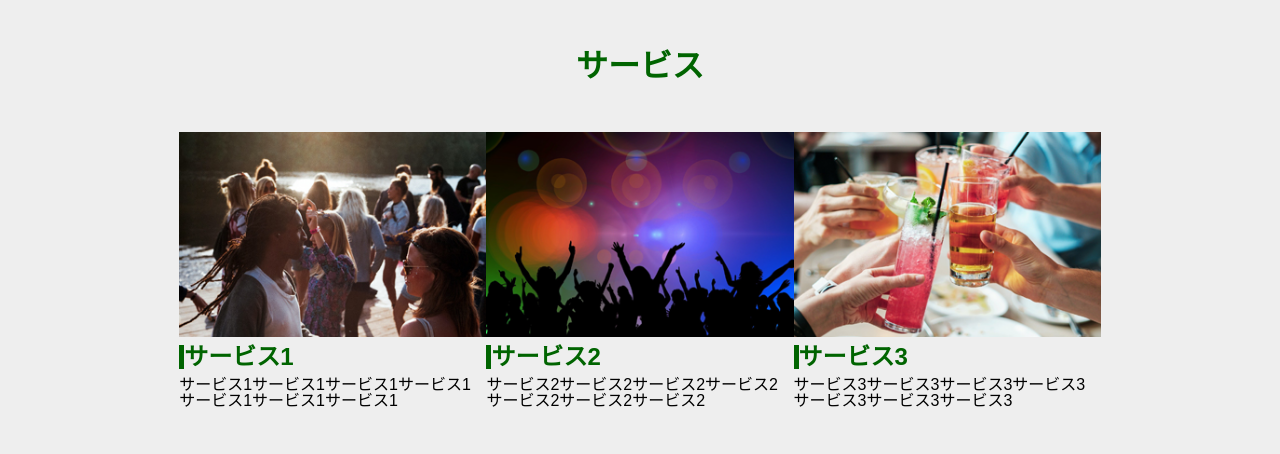
Repository: sonoyama01/dezasuta
Page: 第３回課題/work2/index.html
The author's editor kept a copy of each file at every save. The page is drawn from the files as they stood at one save, then again after the next save.
The browser window is 1280 px wide. The pictures show the whole page.

Above is the page before, as saved 2024-04-28 00:25:41.

### 第３回課題/work2/index.html
<!DOCTYPE html>
<html lang="ja">

<head>
    <meta charset="UTF-8">
    <meta name="viewport" content="width=device-width, initial-scale=1.0">
    <title>第3回課題work2</title>
    <link rel="stylesheet" href="./css/reset.css">
    <link rel="stylesheet" href="./css/style.css">
</head>

<body>
    <h1>サービス</h1>
    <div class="box">
        <div>
            <div class="img"><img src="./images/main_1.jpg" alt=""></div>
            <h2>サービス1</h2>
            <p>サービス1サービス1サービス1サービス1サービス1サービス1サービス1</p>
        </div>

        <div>
            <img src="./images/main_2.png" alt="">
            <h2>サービス2</h2>
            <p>サービス2サービス2サービス2サービス2サービス2サービス2サービス2</p>
        </div>

        <div>
            <img src="./images/main_3.png" alt="">
            <h2>サービス3</h2>
            <p>サービス3サービス3サービス3サービス3サービス3サービス3サービス3</p>
        </div>
    </div>

</body>

</html>

### 第３回課題/work2/css/reset.css
@charset "utf-8";

/* cssリセット */

/*利用するタグによってこちらの内容は増やす*/

html,
body,
h1,
h2,
h3,
p,
dl,
dt,
dd,
ul,
li {
  margin: 0;
  padding: 0;
  line-height: 1;
  /*デフォルトの文字色、font-familyを予め当てておく*/
  color: #000;
  font-family: "游ゴシック体", YuGothic, "游ゴシック", "Yu Gothic", "メイリオ",
    "Hiragino Kaku Gothic ProN", "Hiragino Sans", sans-serif;
}

a {
  /*下線を消す*/
  text-decoration: none;
  /*色を消す*/
  color: inherit;
}

ul {
  /*左の「・」を消す*/
  list-style: none;
}

img {
  max-width: 100%;
  vertical-align: bottom;
  border: none;
}

### 第３回課題/work2/css/style.css
@charset "utf-8";

body {
  max-width: 960px;
  background-color: #eeeeee;
  margin: 0 auto;
}
h1 {
  text-align: center;
  color: #006400;
  margin: 50px auto;
}

h2 {
  color: #006400;
  border-left: 5px solid #006400;
}

.box {
  display: flex;
  justify-content: space-between;
  padding: 0 2%;
}
.box div {
  width: 100%;
}

img,
h2,
p {
  margin-bottom: 8px;
}

.img {
  width: 100%;
}

@media screen and (max-width: 400px) {
  .box div {
    width: 100%;
  }

  img {
    width: 100%;
  }

  .box {
    flex-direction: column;
  }
}

After the next save:
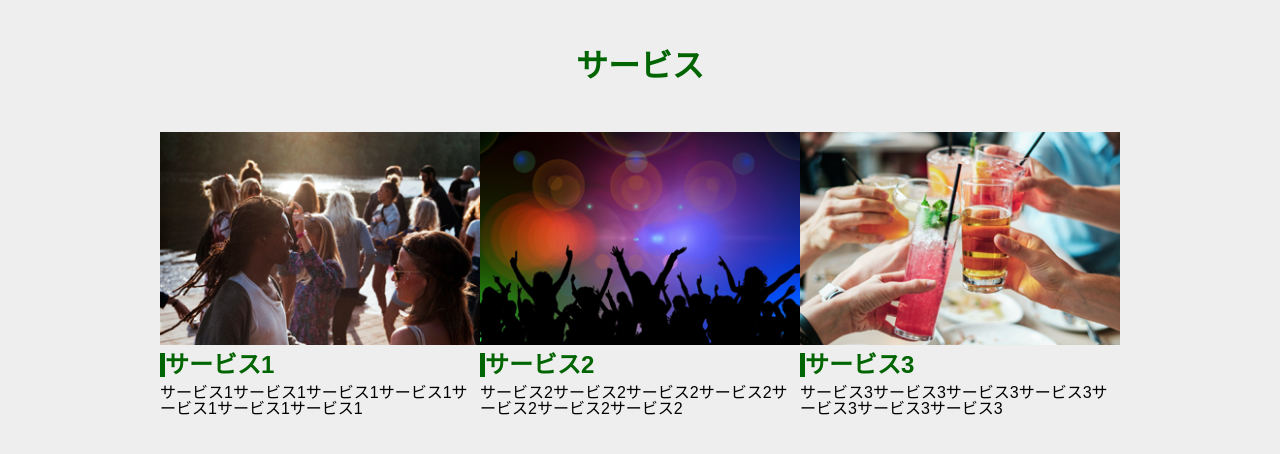
Saved 8 min 43 s later.
--- a/第３回課題/work2/css/style.css
+++ b/第３回課題/work2/css/style.css
@@ -19,7 +19,6 @@ h2 {
 .box {
   display: flex;
   justify-content: space-between;
-  padding: 0 2%;
 }
 .box div {
   width: 100%;
